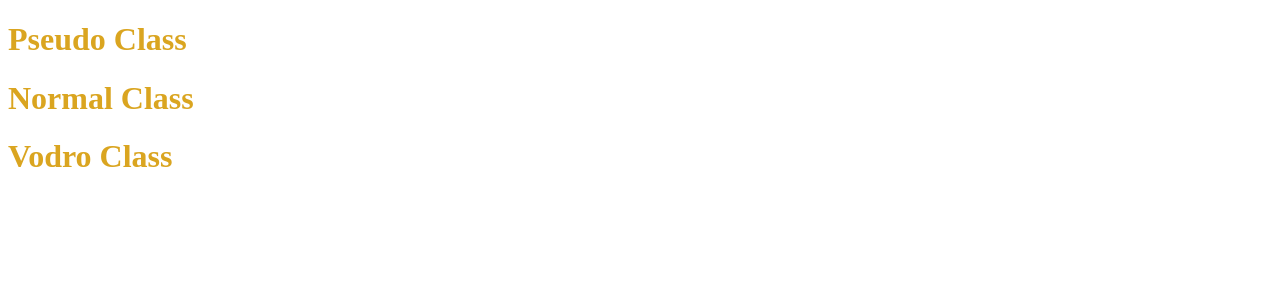
Repository: mohsinfarabi/first-website
Page: pseudo_class.html
These files come from the project's save history. The page is drawn as it stood at one moment and after the next save; the edit follows.
The browser window is 1280 px wide. The pictures show the whole page.
The pointer rests on the first visible `h1`.

Above is the page before, as saved 2020-06-29 21:44:03.

### pseudo_class.html
<!DOCTYPE html>
<html lang="en">

<head>
    <meta charset="UTF-8">
    <meta name="viewport" content="width=device-width, initial-scale=1.0">
    <title>Document</title>
    <style>
        h1 {
            color: goldenrod;
        }
    </style>
</head>

<body>
    <h1>Pseudo Class</h1>
    <h1>Normal Class</h1>
    <h1>Vodro Class</h1>
</body>

</html>

After the next save:
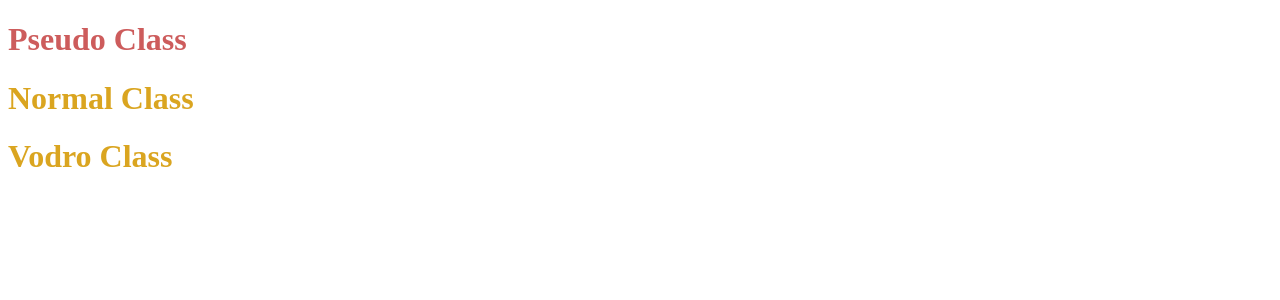
Saved 61 s later.
--- a/pseudo_class.html
+++ b/pseudo_class.html
@@ -9,6 +9,10 @@
         h1 {
             color: goldenrod;
         }
+
+        h1:hover {
+            color: indianred;
+        }
     </style>
 </head>
 
